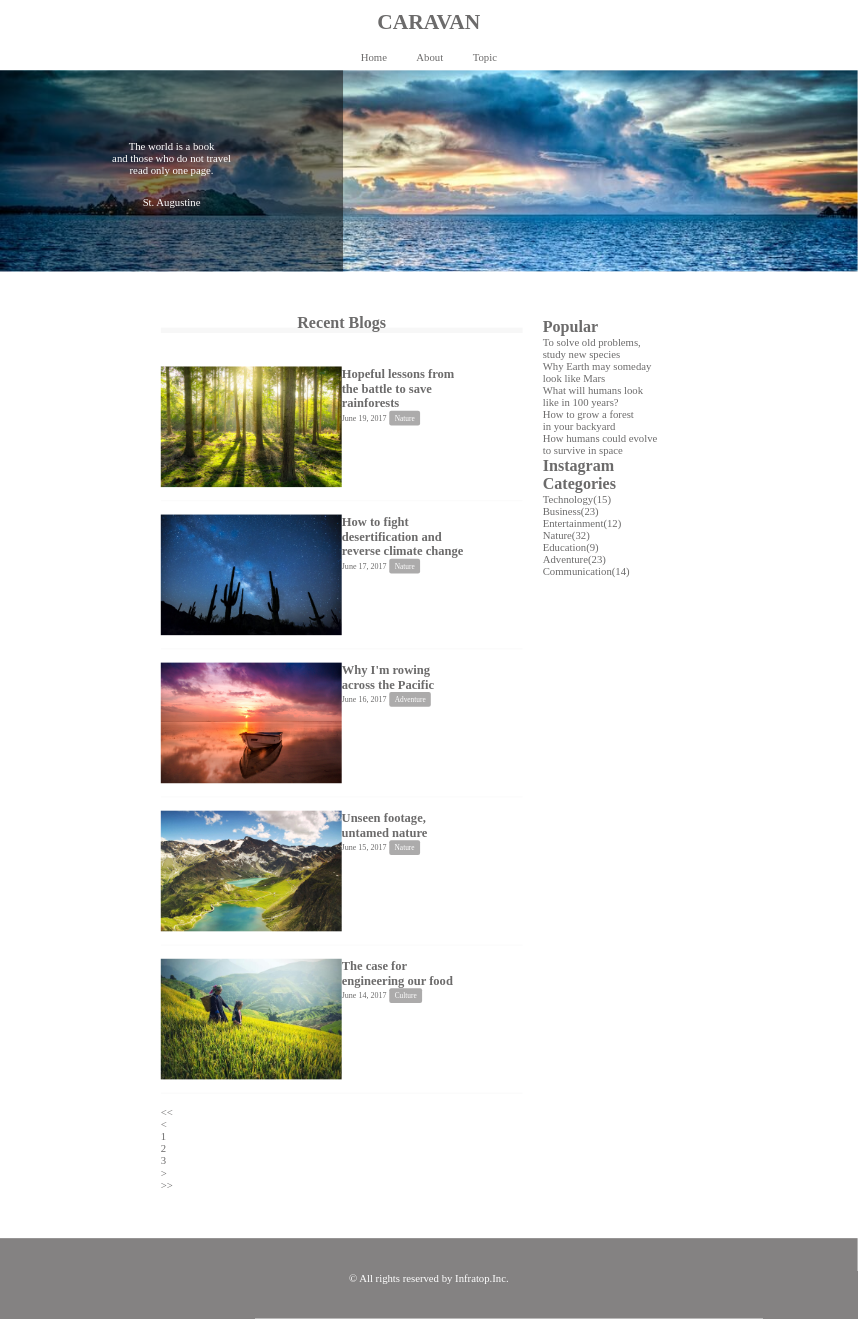
Repository: alamsamiha/html_css
Page: caravan/index.html
The author's editor kept a record of every edit. The page is drawn from the files as they stood at one moment, then again after the next edit.
The browser window is 1280 px wide. The pictures show the whole page, at 67% of full size.
Some web libraries are served in a nearby version.

Above is the page before.

After the next edit:
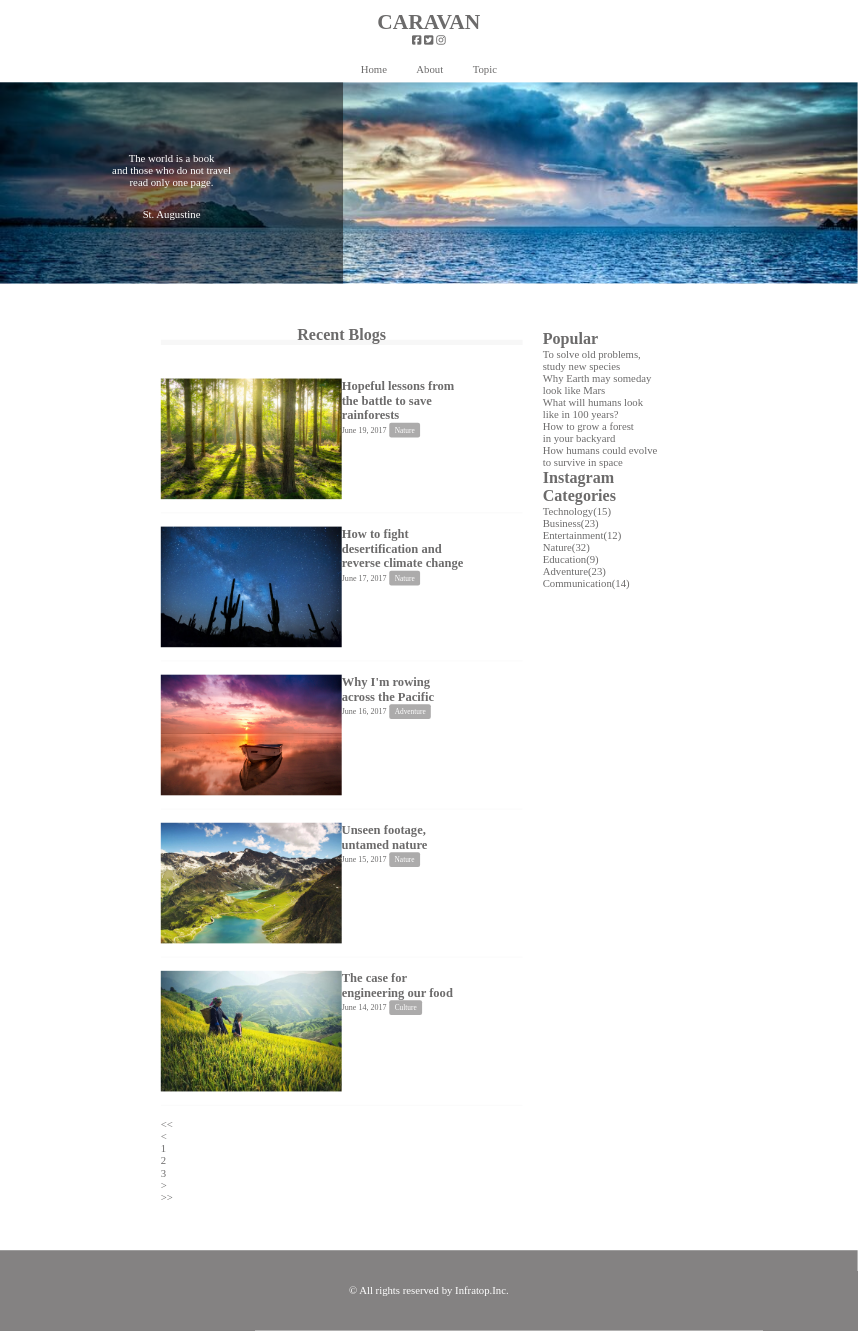
The edit:
--- a/caravan/index.html
+++ b/caravan/index.html
@@ -17,7 +17,11 @@
           CARAVAN
         </a>
       </h1>
-      <div class="social"></div>
+      <div class="social">
+        <i class="fab fa-facebook-square"></i>
+        <i class="fab fa-twitter-square"></i>
+        <i class="fab fa-instagram"></i>
+      </div>
     </header>
 
     <!-- navigation -->
